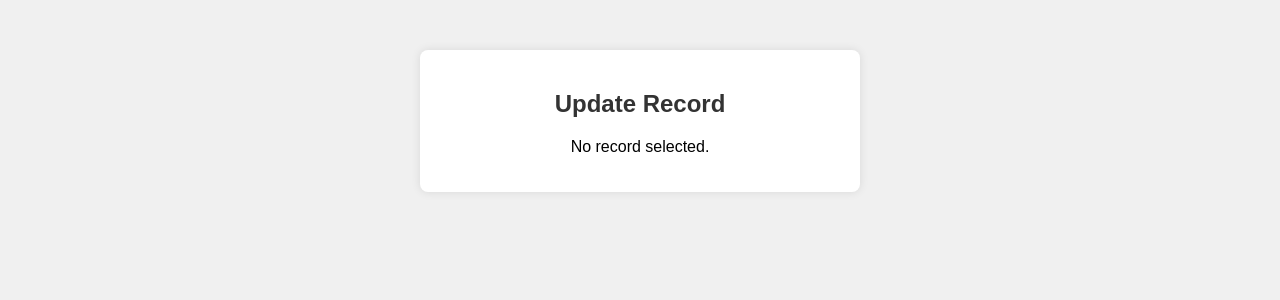
Repository: Acharya-Keerthana/Education
Page: http://localhost/education/reglog/update.php
The author's editor kept a copy of each file at every save. The page is drawn from the files as they stood at one save, then again after the next save.
The browser window is 1280 px wide. The pictures show the whole page.
The page is run by PHP 8.4 with error messages shown; the project is at /var/www/html/.

Above is the page before, as saved 2024-04-16 17:37:49.

### reglog/update.php
<!DOCTYPE html>
<html lang="en">
<head>
    <meta charset="UTF-8">
    <title>Update Record</title>
    <style>
        body {
            font-family: Arial, sans-serif;
            background-color: #f0f0f0;
            text-align: center;
            margin: 0;
            padding: 0;
        }
        .container {
            max-width: 400px;
            margin: 50px auto;
            background: #fff;
            padding: 20px;
            border-radius: 8px;
            box-shadow: 0 0 10px rgba(0, 0, 0, 0.1);
            transition: background-color 0.3s ease;
        }
        .container:hover {
            background-color: #e0e0e0;  /* Subtle background shift */
        }
        h2 {
            color: #333;
            transition: color 0.3s ease;
        }
        h2:hover {
            color: #00b894;  /* Refreshing green on hover */
        }
        label {
            display: block;
            margin-top: 10px;
            text-align: left;
            color: #777;
            transition: color 0.3s ease;
        }
        label:hover {
            color: #388e3c;  /* Soft green on hover */
        }
        input {
            width: 100%;
            padding: 8px;
            margin-top: 5px;
            margin-bottom: 10px;
            border: 1px solid #ccc;
            border-radius: 5px;
            box-sizing: border-box;
            transition: background-color 0.3s ease, border-color 0.3s ease;
        }
        input:hover {
            background-color: #f8f8f8;
            border-color: #428bca;  /* Blue border on hover */
        }
        input:focus {
            outline: none;
            border-color: #428bca;
        }
        input[type="submit"] {
            background-color: #4CAF50;  /* Keep green for submit button */
            color: white;
            border: none;
            padding: 10px 15px;
            cursor: pointer;
            border-radius: 5px;
            transition: background-color 0.3s ease;
            box-shadow: 0 2px 5px rgba(0, 0, 0, 0.2);  /* Subtle shadow */
        }
        input[type="submit"]:hover {
            background-color: #40a049;
        }
        .login-link {
            margin-top: 10px;
            font-size: 14px;
            color: #4CAF50;  /* Keep green for login link */
            text-decoration: none;
            display: block;
            transition: color 0.3s ease;
        }
        .login-link:hover {
            color: #00b894;  /* Refreshing green on hover */
            text-shadow: 0 0 2px rgba(0, 0, 0, 0.2);  /* Subtle text shadow */
        }
    </style>
</head>
<body>
    <div class="container">
        <h2>Update Record</h2>
        <?php
        include("config.php");

        if(isset($_GET['id'])) {
            $id = $_GET['id'];
            $query = "SELECT * FROM tb_user WHERE id=?";
            $stmt = mysqli_prepare($conn, $query);
            mysqli_stmt_bind_param($stmt, "i", $id);
            mysqli_stmt_execute($stmt);
            $result = mysqli_stmt_get_result($stmt);
            $row = mysqli_fetch_assoc($result);
        ?>
        <form action="update_process.php" method="post" autocomplete="off">
            <input type="hidden" name="id" value="<?php echo $id; ?>">
            <label for="name">Name:</label>
            <input type="text" name="name" id="name" value="<?php echo $row['name']; ?>" required><br>
            <label for="username">Username:</label>
            <input type="text" name="username" id="username" value="<?php echo $row['username']; ?>" required><br>
            <label for="email">Email:</label>
            <input type="email" name="email" id="email" value="<?php echo $row['email']; ?>" required><br>
            <label for="password">Password:</label>
            <input type="password" name="password" id="password" value="<?php echo $row['password']; ?>" required><br>
            <label for="confirmpassword">Confirm Password:</label>
            <input type="password" name="confirmpassword" id="confirmpassword" value="<?php echo $row['confirmpassword']; ?>" required><br>
            <input type="submit" value="Update">
        </form>
        <?php } else { ?>
        <p>No record selected.</p>
        <?php } ?>
    </div>
</body>
</html>

### reglog/config.php
<?php
error_reporting(0);
$servername="localhost";
$username="root";
$password="";
$database="education";

$conn=mysqli_connect($servername,$username,$password,$database);
if(!$conn){
die ("connection error".mysqli_connect_error());
}

After the next save:
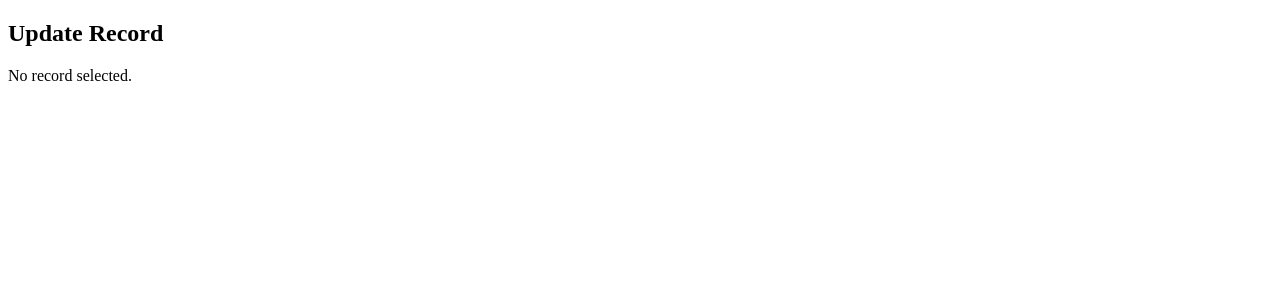
Saved 3 s later.
--- a/reglog/update.php
+++ b/reglog/update.php
@@ -3,87 +3,7 @@
 <head>
     <meta charset="UTF-8">
     <title>Update Record</title>
-    <style>
-        body {
-            font-family: Arial, sans-serif;
-            background-color: #f0f0f0;
-            text-align: center;
-            margin: 0;
-            padding: 0;
-        }
-        .container {
-            max-width: 400px;
-            margin: 50px auto;
-            background: #fff;
-            padding: 20px;
-            border-radius: 8px;
-            box-shadow: 0 0 10px rgba(0, 0, 0, 0.1);
-            transition: background-color 0.3s ease;
-        }
-        .container:hover {
-            background-color: #e0e0e0;  /* Subtle background shift */
-        }
-        h2 {
-            color: #333;
-            transition: color 0.3s ease;
-        }
-        h2:hover {
-            color: #00b894;  /* Refreshing green on hover */
-        }
-        label {
-            display: block;
-            margin-top: 10px;
-            text-align: left;
-            color: #777;
-            transition: color 0.3s ease;
-        }
-        label:hover {
-            color: #388e3c;  /* Soft green on hover */
-        }
-        input {
-            width: 100%;
-            padding: 8px;
-            margin-top: 5px;
-            margin-bottom: 10px;
-            border: 1px solid #ccc;
-            border-radius: 5px;
-            box-sizing: border-box;
-            transition: background-color 0.3s ease, border-color 0.3s ease;
-        }
-        input:hover {
-            background-color: #f8f8f8;
-            border-color: #428bca;  /* Blue border on hover */
-        }
-        input:focus {
-            outline: none;
-            border-color: #428bca;
-        }
-        input[type="submit"] {
-            background-color: #4CAF50;  /* Keep green for submit button */
-            color: white;
-            border: none;
-            padding: 10px 15px;
-            cursor: pointer;
-            border-radius: 5px;
-            transition: background-color 0.3s ease;
-            box-shadow: 0 2px 5px rgba(0, 0, 0, 0.2);  /* Subtle shadow */
-        }
-        input[type="submit"]:hover {
-            background-color: #40a049;
-        }
-        .login-link {
-            margin-top: 10px;
-            font-size: 14px;
-            color: #4CAF50;  /* Keep green for login link */
-            text-decoration: none;
-            display: block;
-            transition: color 0.3s ease;
-        }
-        .login-link:hover {
-            color: #00b894;  /* Refreshing green on hover */
-            text-shadow: 0 0 2px rgba(0, 0, 0, 0.2);  /* Subtle text shadow */
-        }
-    </style>
+
 </head>
 <body>
     <div class="container">

After the save that followed:
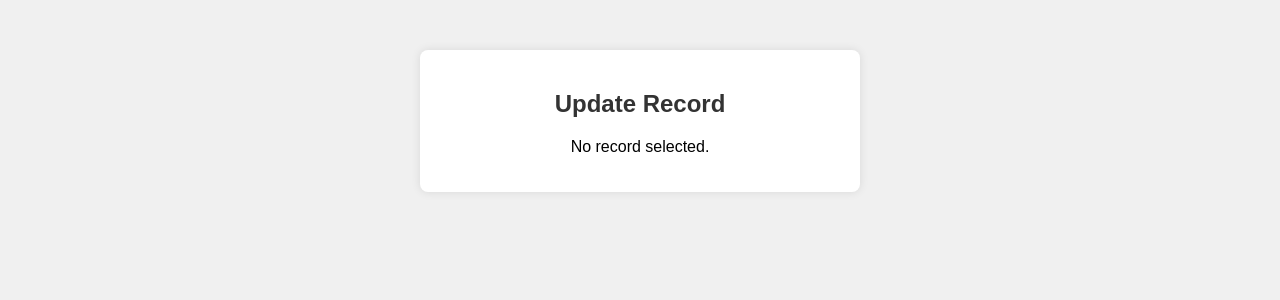
Saved 2 min 30 s later.
--- a/reglog/update.php
+++ b/reglog/update.php
@@ -3,7 +3,87 @@
 <head>
     <meta charset="UTF-8">
     <title>Update Record</title>
-
+    <style>
+        body {
+            font-family: Arial, sans-serif;
+            background-color: #f0f0f0;
+            text-align: center;
+            margin: 0;
+            padding: 0;
+        }
+        .container {
+            max-width: 400px;
+            margin: 50px auto;
+            background: #fff;
+            padding: 20px;
+            border-radius: 8px;
+            box-shadow: 0 0 10px rgba(0, 0, 0, 0.1);
+            transition: background-color 0.3s ease;
+        }
+        .container:hover {
+            background-color: #e0e0e0;  /* Subtle background shift */
+        }
+        h2 {
+            color: #333;
+            transition: color 0.3s ease;
+        }
+        h2:hover {
+            color: #00b894;  /* Refreshing green on hover */
+        }
+        label {
+            display: block;
+            margin-top: 10px;
+            text-align: left;
+            color: #777;
+            transition: color 0.3s ease;
+        }
+        label:hover {
+            color: #388e3c;  /* Soft green on hover */
+        }
+        input {
+            width: 100%;
+            padding: 8px;
+            margin-top: 5px;
+            margin-bottom: 10px;
+            border: 1px solid #ccc;
+            border-radius: 5px;
+            box-sizing: border-box;
+            transition: background-color 0.3s ease, border-color 0.3s ease;
+        }
+        input:hover {
+            background-color: #f8f8f8;
+            border-color: #428bca;  /* Blue border on hover */
+        }
+        input:focus {
+            outline: none;
+            border-color: #428bca;
+        }
+        input[type="submit"] {
+            background-color: #4CAF50;  /* Keep green for submit button */
+            color: white;
+            border: none;
+            padding: 10px 15px;
+            cursor: pointer;
+            border-radius: 5px;
+            transition: background-color 0.3s ease;
+            box-shadow: 0 2px 5px rgba(0, 0, 0, 0.2);  /* Subtle shadow */
+        }
+        input[type="submit"]:hover {
+            background-color: #40a049;
+        }
+        .login-link {
+            margin-top: 10px;
+            font-size: 14px;
+            color: #4CAF50;  /* Keep green for login link */
+            text-decoration: none;
+            display: block;
+            transition: color 0.3s ease;
+        }
+        .login-link:hover {
+            color: #00b894;  /* Refreshing green on hover */
+            text-shadow: 0 0 2px rgba(0, 0, 0, 0.2);  /* Subtle text shadow */
+        }
+    </style>
 </head>
 <body>
     <div class="container">
